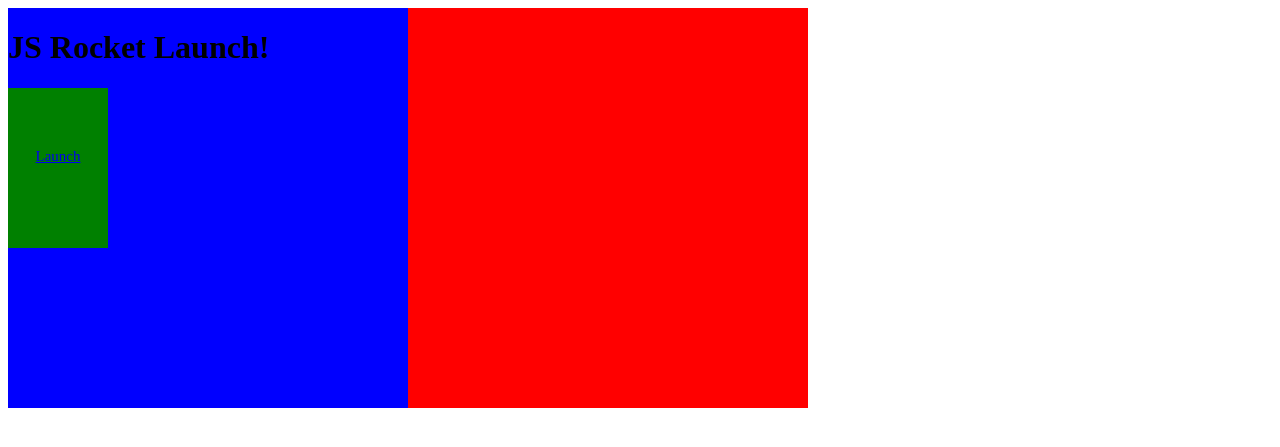
Repository: alcarrizo/Rocket-launch
Page: index.html
These files come from the project's save history. The page is drawn as it stood at one moment and after a run of saves; the edit follows.
The browser window is 1280 px wide. The pictures show the whole page.

Above is the page before, as saved 2022-10-19 19:33:54.

After the next 2 saves:
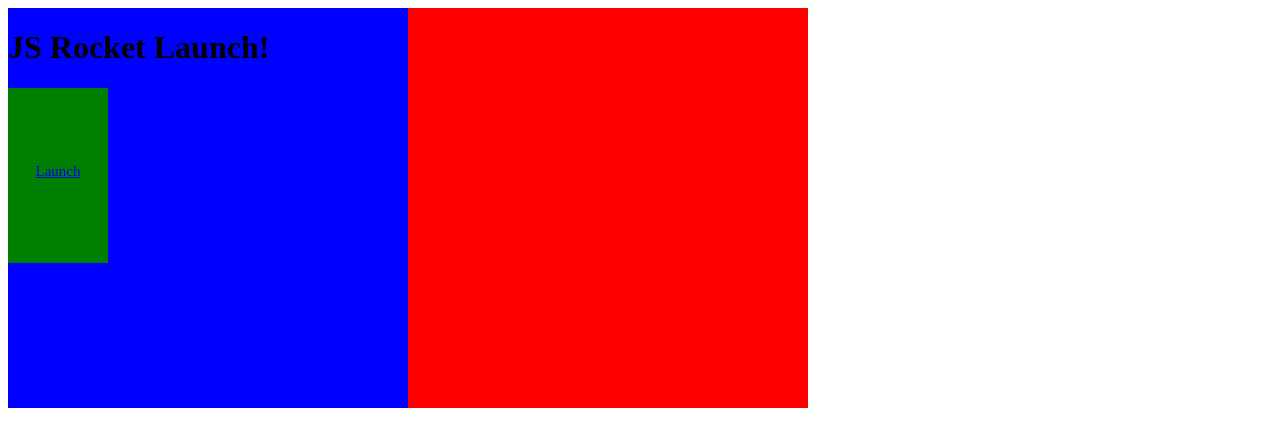
The 2 saves are shown as one change because they came seconds apart.
The last was saved 8 s later.
--- a/css/style.css
+++ b/css/style.css
@@ -17,7 +17,7 @@ body {
 a.button {
     display: block;
     text-align: center;
-    padding-top: 60px;
+    padding-top: 75px;
     height: 100px;
     width: 100px;
     font-size: 15px;
